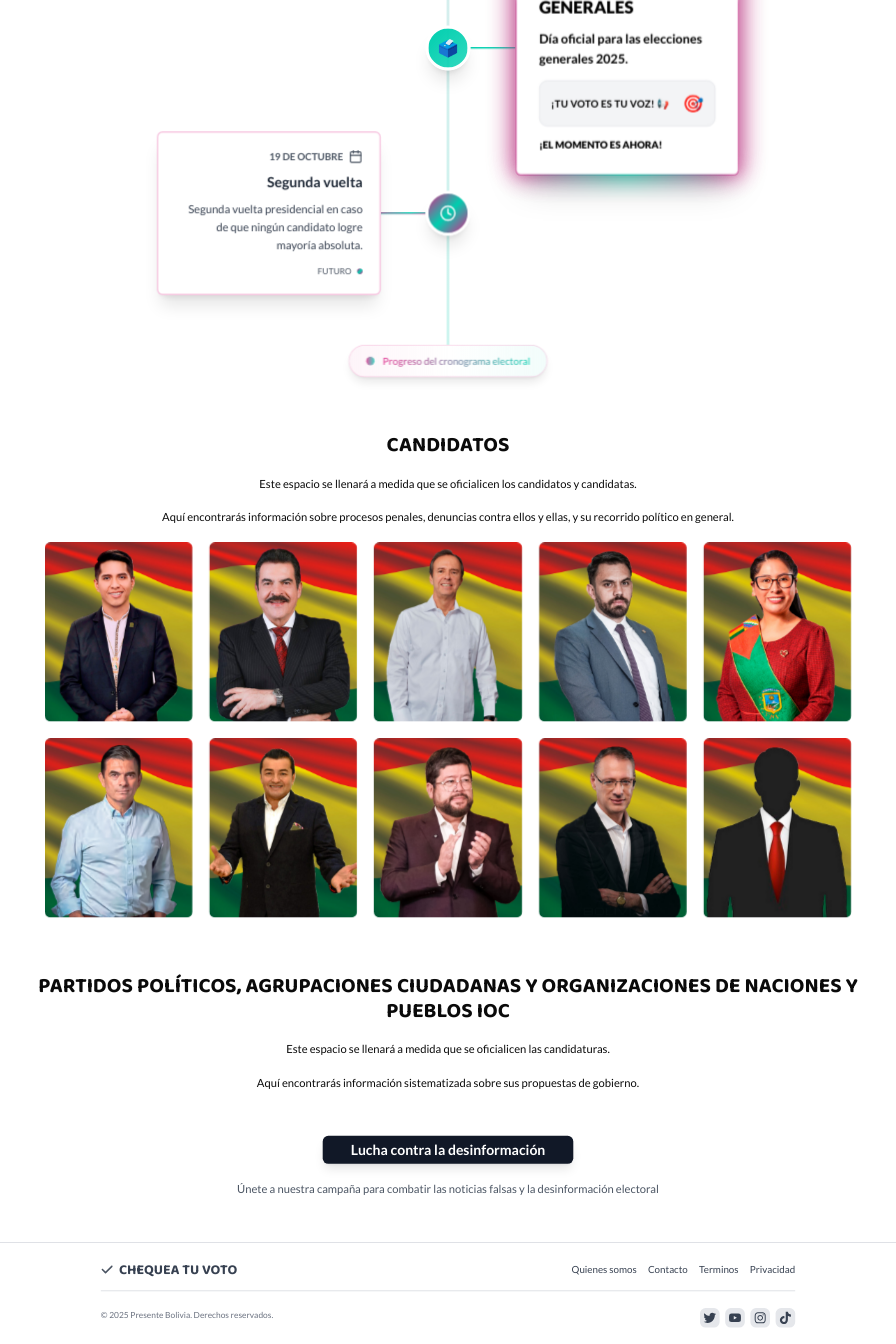
Repository: Roberto8695/chequeatuvoto-v2
Page: /
These files come from the project's save history. The page is drawn as it stood at one moment and after a run of saves; the edit follows.
The browser window is 1280 px wide. The pictures show the part of the page from y = 4462 to 6382 px (the page is 6382 px tall), at 70% of full size.
The project was rebuilt for these pictures with package versions that can differ from the ones it lists, and the page was loaded fresh each time. Some packages were replaced by stand-ins written for this rebuild. The framework's server and built-in components were replaced by stand-ins that run in the browser. Also part of the build but not shown: next.config.ts.

Above is the page before, as saved 2025-07-01 17:17:44.

After the next 2 saves:
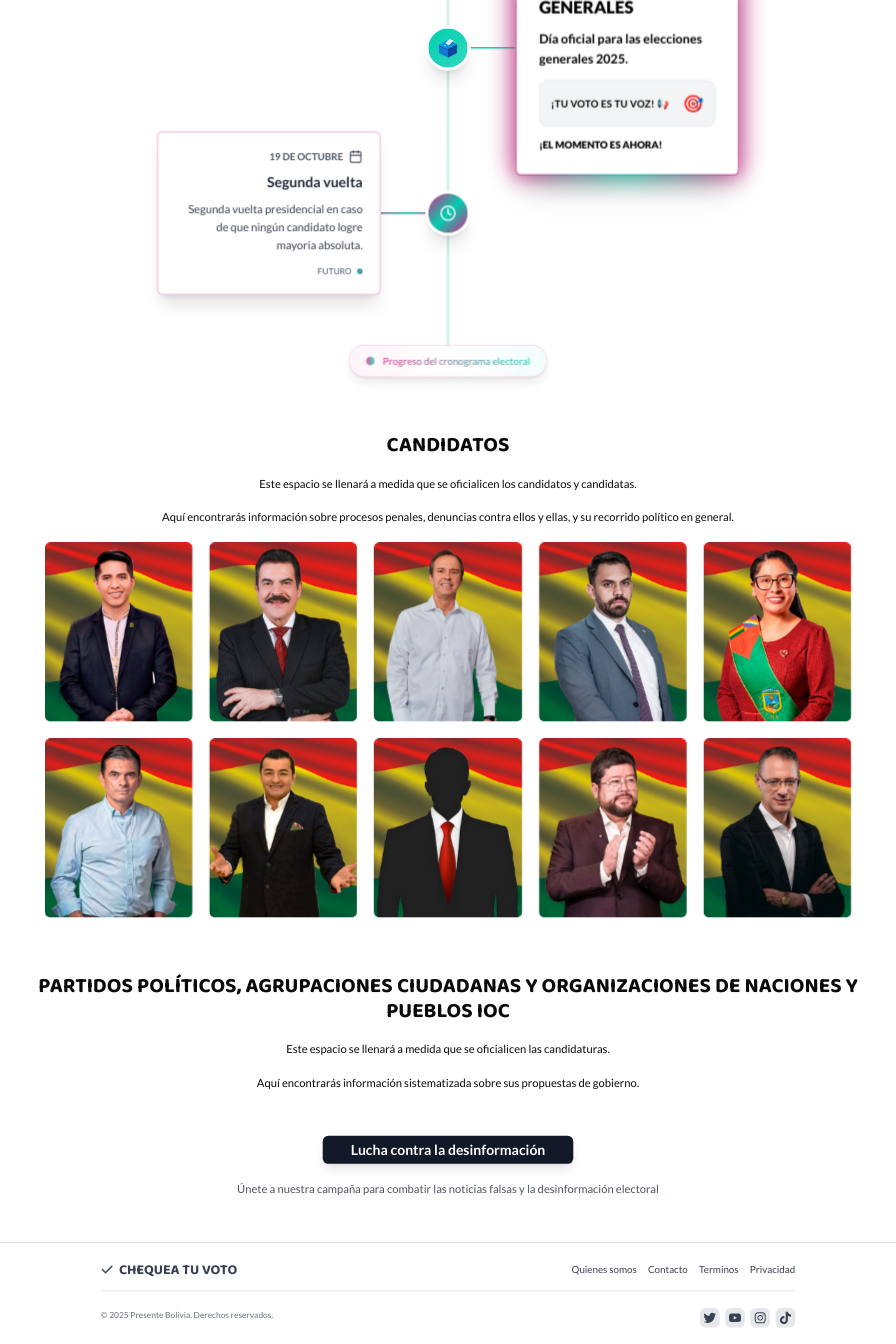
The 2 saves are shown as one change because 1 did not build or start.
The last was saved 4 min 10 s later.
--- a/src/app/components/card-candidatos.tsx
+++ b/src/app/components/card-candidatos.tsx
@@ -45,6 +45,12 @@
       slug: "ucs",
     },
     {
+      title: "A confirmar",
+      team: "ADN",
+      src: "/imagenes2/IMAGENES PAGINA WEB/proximamente-extra.jpg",
+      slug: "adn",
+    },
+    {
       title: "Samuel Doria Medina",
       team: "UN",
       src: "/imagenes2/IMAGENES PAGINA WEB/samuel-doria-medina.jpg",
@@ -56,12 +62,6 @@
       src: "/imagenes2/IMAGENES PAGINA WEB/jaime-dunn.jpg",
       slug: "ngp",
     },
-    {
-      title: "A confirmar",
-      team: "ADN",
-      src: "/imagenes2/IMAGENES PAGINA WEB/proximamente-extra.jpg",
-      slug: "adn",
-    },
   ];
 
   return <FocusCards cards={cards} />;
